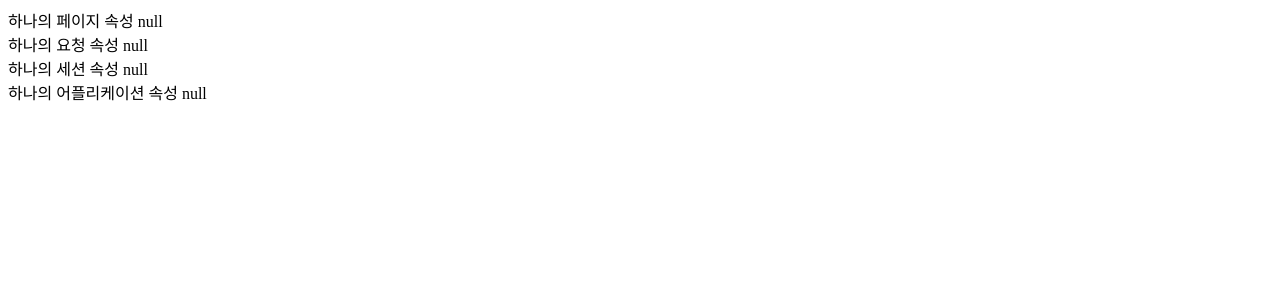
Repository: yjeongyjeong/jsp
Page: http://localhost/web-study-04/07_secondPage.jsp
The author's editor kept a copy of each file at every save. The page is drawn from the files as they stood at one save, then again after the next save.
The browser window is 1280 px wide. The pictures show the whole page.
The page is served by Tomcat 9. The template is opened directly, without the code that normally fills it, so the values that code supplies are empty.

Above is the page before, as saved 2023-10-11 03:41:26.

### web-study-04/src/main/webapp/07_secondPage.jsp
<%@ page language="java" contentType="text/html; charset=UTF-8"
    pageEncoding="UTF-8"%>
<!DOCTYPE html>
<html>
<head>
<meta charset="UTF-8">
<title>Insert title here</title>
</head>
<body>

하나의 페이지 속성 <%=pageContext.getAttribute("name") %><br>
하나의 요청 속성 <%=request.getAttribute("name") %><br>
하나의 세션 속성 <%=session.getAttribute("name") %><br>
하나의 어플리케이션 속성 <%=application.getAttribute("name") %><br>

</body>
</html>

After the next save:
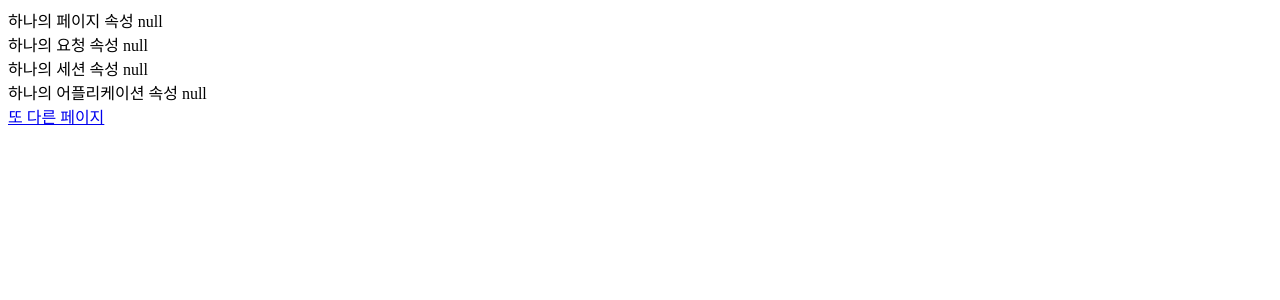
Saved 27 s later.
--- a/web-study-04/src/main/webapp/07_secondPage.jsp
+++ b/web-study-04/src/main/webapp/07_secondPage.jsp
@@ -13,5 +13,6 @@
 하나의 세션 속성 <%=session.getAttribute("name") %><br>
 하나의 어플리케이션 속성 <%=application.getAttribute("name") %><br>
 
+<a href="07_thirdPage.jsp">또 다른 페이지</a>
 </body>
 </html>
